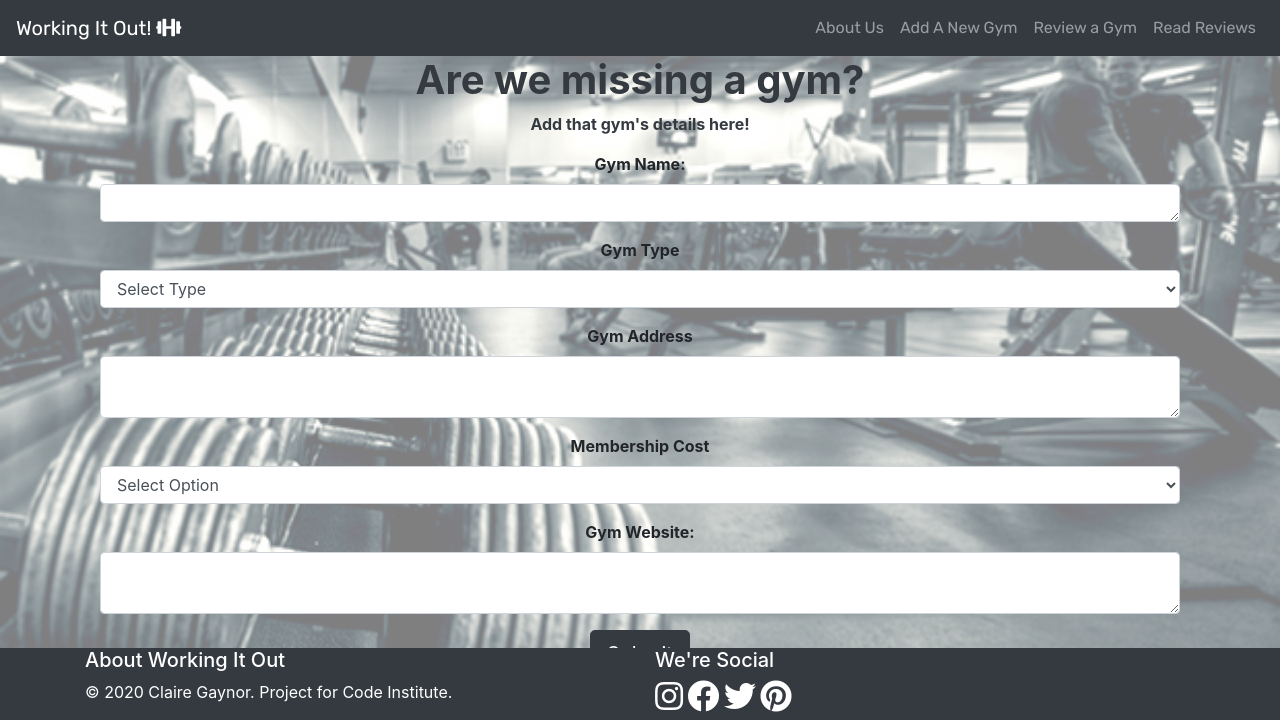
Repository: cgaynor91/Working_It_Out
Page: http://localhost/add_new_gym
The author's editor kept a record of every edit. The page is drawn from the files as they stood at one moment, then again after the next edit.
The browser window is 1280 px wide. The pictures show the whole page.
Some web libraries are served in a nearby version. The page is served by the project's application, run on Flask 3 (app.py).

Above is the page before.

### templates/add_gym.html
{% extends 'base.html' %}
{% block content %}

<div class="container-fluid">
    <div class="row justify-content-center">
        <div class="col-10 text-dark welcome-text">
            <h1><strong>Are we missing a gym?</strong></h1>
            <p><strong>Add that gym's details here!</strong></p>
        </div>
    </div>
    <!-- Form adapted from Bootstrap -->
    <div class="container justify-content-center">
        <div class="col-12 col-md-5">
            <!-- Form fields -->
            <form action="{{url_for('insert_gym')}}" method="POST" class="form_font">
                <div class="form-group font-weight-bolder">
                    <label for="gym_name">Gym Name: </label>
                    <textarea class="form-control" id="gym_name" name="gym_name" rows="1" required></textarea>
                </div>
                <div class="form-group font-weight-bolder">
                    <label for="status">Gym Type</label>
                    <select class="form-control" id="status" name="status">
                        <option value="" disabled selected>Select Type</option>
                        <option>Personal Training</option>
                        <option>Weightlifting</option>
                        <option>Fitness Classes</option>
                        <option>Gym and Pool</option>
                    </select>
                </div>
                <div class="form-group font-weight-bolder">
                    <label for="address">Gym Address</label>
                    <textarea class="form-control" id="address" name="address" rows="2" required></textarea>
                </div>
                <div class="form-group font-weight-bolder">
                    <label for="access">Membership Cost</label>
                    <select class="form-control" id="access" name="access">
                        <option value="" disabled selected>Select Option</option>
                        <option>Expensive</option>
                        <option>Average</option>
                         <option>Affordable PAYG Option</option>
                    </select>
                </div>
                <div class="form-group font-weight-bolder">
                    <label for="gym_url">Gym Website: </label>
                    <textarea class="form-control" id="gym_url" name="gym_url" rows="2"
                        required></textarea>
                </div>
                <!-- Send button -->
                <button type="submit" class="btn btn-dark btn-lg">Submit</button>
            </form>
        </div>
    </div>
</div>

{% endblock %}

### templates/base.html
<!DOCTYPE html>
<html>

<head>
    <link href="https://fonts.googleapis.com/css?family=Rubik&display=swap" rel="stylesheet">
    <link rel="stylesheet" href="https://stackpath.bootstrapcdn.com/bootstrap/4.4.1/css/bootstrap.min.css">
    <link rel="stylesheet" href="https://cdnjs.cloudflare.com/ajax/libs/font-awesome/5.12.0/css/all.min.css" />
    <link rel="stylesheet" href="{{ url_for('static', filename='css/style.css') }}" type="text/css" />
    <title>Working It Out!</title>
</head>

<body>
    <header>
        <!-- Navbar taken from Bootstrap -->
        <nav class="navbar navbar-expand-md navbar-dark bg-dark home-text">
            <a class="navbar-brand" href="{{url_for('get_gyms')}}">Working It Out! <i
                    class="fas fa-dumbbell"></i></a>
            <button class="navbar-toggler" type="button" data-toggle="collapse" data-target="#navbarNavAltMarkup" aria-controls="navbarNavAltMarkup" aria-expanded="false" aria-label="Toggle navigation">
                <span class="navbar-toggler-icon"></span>
            </button>
            <div class="collapse navbar-collapse" id="navbarNavAltMarkup">
                <div class="navbar-nav ml-auto">
                    <a class="nav-item nav-link" href="{{url_for('about')}}">About Us</a>
                    <a class="nav-item nav-link" href="{{url_for('add_new_gym')}}">Add A New Gym</a>
                    <a class="nav-item nav-link" href="{{url_for('gym_review')}}">Review a Gym</a>
                    <a class="nav-item nav-link" href="{{url_for('read_review')}}">Read Reviews</a>


                </div>
            </div>

        </nav>
    </header>

    <!-- Background image -->
    <div class="container-fluid bg"></div>


    {% block content %} {% endblock %}

    <!--Footer-->
    <footer class="fixed-bottom">
        <div class="container">
            <div class="row">
                <div class="col l6 s12">
                    <h5>About Working It Out</h5>
                    <p> © 2020 Claire Gaynor. Project for Code Institute.</p>
                </div>
                <div class="col l4 offset-l2 s12">
                    <h5>We're Social</h5>
                    <a href="https://www.instagram.com/" target="_blank"><i class="fab fa-instagram fa-2x" style="color:white"></i></a>
                    <a href="https://www.facebook.com/" target="_blank"><i class="fab fa-facebook fa-2x" style="color:white"></i></a>
                    <a href="https://www.twitter.com/" target="_blank"><i class="fab fa-twitter fa-2x" style="color:white"></i>
                    <a href="https://www.pinterest.com/" target="_blank"><i class="fab fa-pinterest fa-2x" style="color:white"></i></a>
                </div>
            </div>
        </div>
    </footer>



    <script src="https://code.jquery.com/jquery-3.4.1.slim.min.js"></script>
    <script src="https://cdn.jsdelivr.net/npm/popper.js@1.16.0/dist/umd/popper.min.js"></script>
    <script src="https://stackpath.bootstrapcdn.com/bootstrap/4.4.1/js/bootstrap.min.js"></script>
</body>

</html>

### app.py
import os
from flask import Flask, render_template, redirect, request, url_for
from flask_pymongo import PyMongo
from bson.objectid import ObjectId

app = Flask(__name__)
app.config["MONGO_DBNAME"] = 'working_it_out'
app.config["MONGO_URI"] = os.getenv('MONGO_URI')

mongo = PyMongo(app)


@app.route('/')
@app.route('/get_gyms')
def get_gyms():
    return render_template("home.html", gyms=mongo.db.gyms.find())

@app.route("/about")
def about():
    return render_template("about.html")


@app.route("/add_new_gym")
def add_new_gym():
    return render_template("add_gym.html")

# Sends the data that the user inserts to the database

@app.route("/insert_gym", methods=['POST'])
def insert_gym():
    gym = mongo.db.gyms
    gym.insert_one({
        'gym_name': request.form.get('gym_name'),
        'gym_type': request.form.get('gym_type'),
        'gym_address':request.form.get('gym_address'),
        'cost':request.form.get('cost'),
        'gym_url':request.form.get('gym_url'),
        })
    return redirect(url_for('get_gyms'))


# Allows user to update information about a gym

@app.route("/edit_gym/<gym_id>")
def edit_gym(gym_id):
    the_gym = mongo.db.gyms.find_one({"_id": ObjectId(gym_id)})
    return render_template("update_gym.html", gym=the_gym)

@app.route("/update_gym/<gym_id>", methods=["POST"])
def update_gym(gym_id):
    gym = mongo.db.gyms
    gym.update({'_id': ObjectId(gym_id)}, {
        'gym_name' : request.form.get('gym_name'),
        'status' : request.form.get('gym_type'),
        'address' : request.form.get('gym_address'),
        'cost' : request.form.get('cost'),
        'gym_url' : request.form.get('gym_url')
    })
    return redirect(url_for('get_gyms'))

# Delete option for a user if they wish to delete a review they wrote or delete a review written by someone else that may be incorrect

@app.route("/delete_gym/<gym_id>")
def delete_gym(gym_id):
    mongo.db.gyms.remove({'_id': ObjectId(gym_id)})
    return redirect(url_for('get_gyms'))

@app.route("/leave_review")
def gym_review():
    return render_template("gym_review.html", gyms=mongo.db.gyms.find())

# Sends the data that the user inserts to the database

@app.route("/gym_review", methods=['POST'])
def insert_review():
    review = mongo.db.reviews
    review.insert_one(request.form.to_dict())
    return redirect(url_for('gym_review'))


@app.route("/read_review")
def read_review():
    return render_template("read_reviews.html", reviews=mongo.db.reviews.find())

if __name__ == '__main__':
    app.run(host=os.environ.get('IP'),
            port=int(os.environ.get('PORT')),
            debug=True)

### static/css/style.css
@import url('https://fonts.googleapis.com/css?family=Rubik&display=swap');

.body {
    min-height: 100%;
    font-family: 'Rubik', sans-serif;
}

.container-fluid {
    text-align: center;
}

.nav-link {
    display: block;
    padding: .5rem 1rem;
    font-family: 'Rubik', sans-serif;
}

.container-fluid_reviews {
    text-align: left;
}

.display-3 {
    font-size: 6rem;
    font-weight: 300;
    line-height: 1.2;
    margin-bottom: 5rem;
    font-family: 'Rubik', sans-serif;
}

hr {
    border: 1px solid grey;
}

.home-text {
    font-family: 'Rubik', sans-serif;
}

.welcome-para {
    margin-top: 0px;
    margin-bottom: 3rem;
    font-family: 'Rubik', sans-serif;
}

.col-12 {
    -ms-flex: 0 0 100%;
    flex: 0 0 100%;
    max-width: 100%;
}

.bg {
    background-image: url(../images/bg-image.png);
    background-size: cover;
    height: 100%;
    overflow: hidden;
    position: fixed;
    width: 100%;
    opacity: 0.5;
    z-index: -1;
}

.jumbotron {
    background-color: transparent;
    margin-bottom: 0px;
}

.jumbo-text {
    color: #000;
    font-weight: bolder;
    font-family: 'Rubik', sans-serif;
}

.btn-home {
    font-weight: bold;
    min-width: 250px;
}

.table td,
.table th {
    padding: .75rem;
    vertical-align: top;
    border-top: 1px solid #dee2e6;
    font-weight: bolder;
    font-family: 'Rubik', sans-serif;
}




.fixed-bottom {
    background-color: #343a40;
    color: #fff;
}




/*

After the next edit:
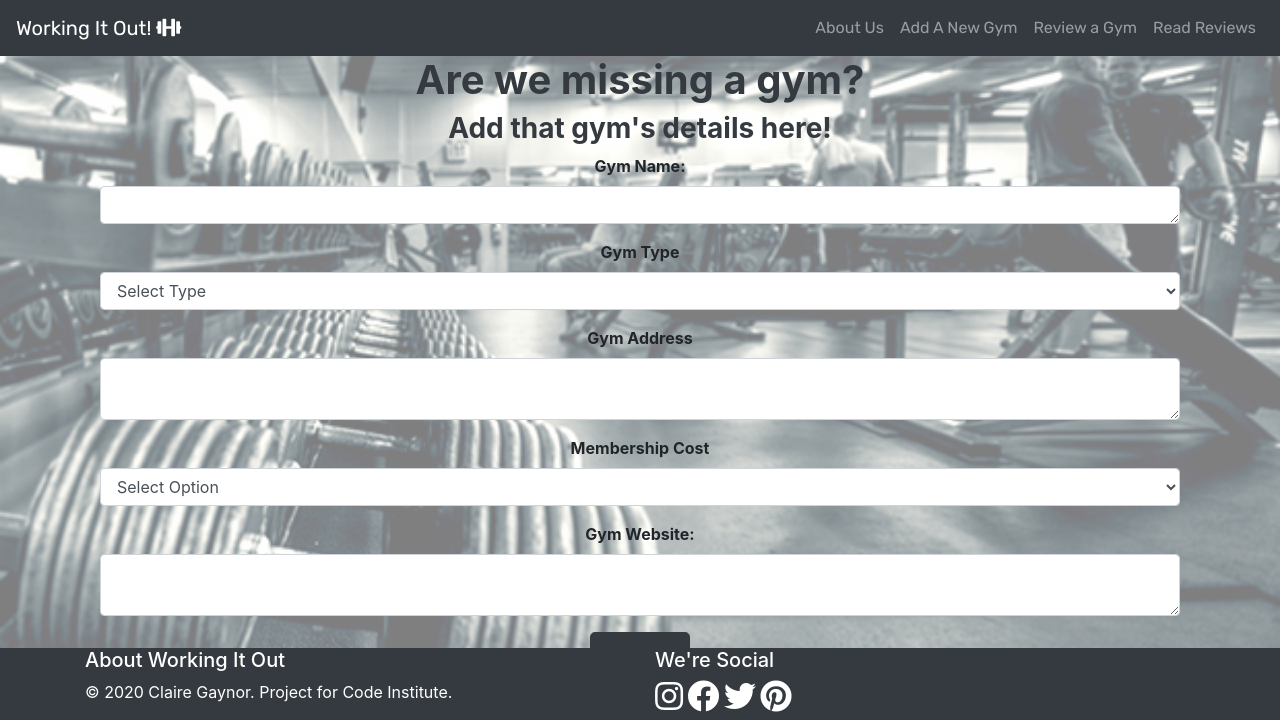
The edit:
--- a/templates/add_gym.html
+++ b/templates/add_gym.html
@@ -5,7 +5,7 @@
     <div class="row justify-content-center">
         <div class="col-10 text-dark welcome-text">
             <h1><strong>Are we missing a gym?</strong></h1>
-            <p><strong>Add that gym's details here!</strong></p>
+            <h3><strong>Add that gym's details here!</strong></h3>
         </div>
     </div>
     <!-- Form adapted from Bootstrap -->
